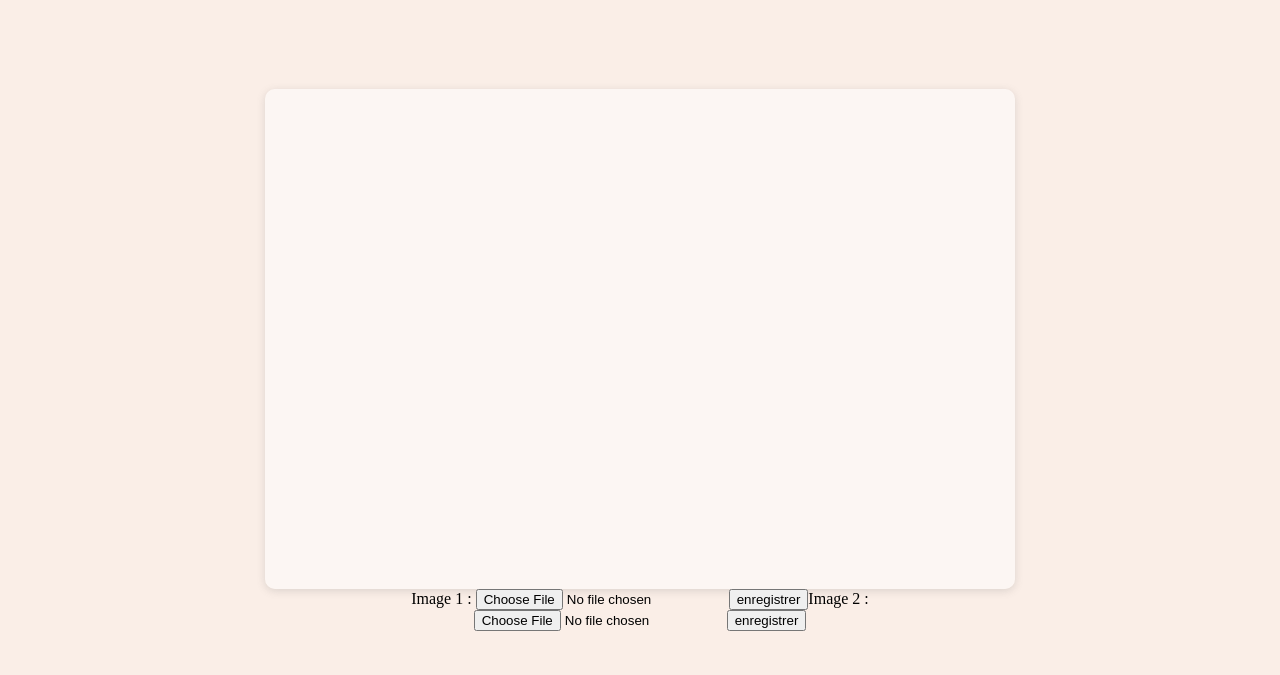
Repository: Lucas-Cassan/img-assembler
Page: / (app in frontend/)
These files come from the project's save history. The page is drawn as it stood at one moment and after the next save; the edit follows.
The browser window is 1280 px wide. The pictures show the whole page.
The project was rebuilt for these pictures with package versions that can differ from the ones it lists, and the page was loaded fresh each time.

Above is the page before, as saved 2022-02-02 15:02:28.

### frontend/src/index.js
import React from "react";
import ReactDOM from "react-dom";
import "./styles/index.scss";
import App from "./App";

ReactDOM.render(
  <React.StrictMode>
    <App />
  </React.StrictMode>,
  document.getElementById("root"),
);

### frontend/src/styles/index.scss
html{
    padding: 0;
    margin: 0;

    body{
        padding: 0;
        margin: 0;
        width: 100vw;
        height: 100vh;
        overflow: hidden;
        background-color: #FAEEE7;

        #root{
            width: 100%;
            height: 100%;
            display: flex;
            justify-content: center;
            align-items: center;
            flex-direction: column;

            #image{
                width: 740Px;
                padding: 5px;
                height: 490px;
                background-color: rgba($color: #FFF, $alpha: .5);
                border-radius: 10px;
                box-shadow: rgba(99, 99, 99, 0.2) 0px 2px 8px 0px;
                overflow: hidden;
            }
            form{

            }
        }

    }
}

### frontend/src/App.js
import React from "react";
import Fusiooooon from "./pages/Fusiooooon";

const App = () => {
  return (
    <>
      <Fusiooooon />
    </>
  );
};

export default App;

### frontend/src/pages/Fusiooooon.js
import React, { useState } from "react";
import axios from "axios";

const Fusiooooon = () => {
  const [file1, setFile1] = useState();
  const [file2, setFile2] = useState();

  const handleSubmit = (e) => {
    e.preventDefault();

    console.log(file1);
    const data = new FormData();
    data.append("file", file1);

    axios({
      method: "post",
      url: `http://localhost:5000/img/merge`,
      data,
    })
      .then((res) => console.log(res))
      .catch((err) => console.log(err));
  };

  const handleSubmit2 = (e) => {
    e.preventDefault();

    console.log(file1);
    const data = new FormData();
    data.append("file", file2);

    axios({
      method: "post",
      url: `http://localhost:5000/img/merge`,
      data,
    })
      .then((res) => console.log(res))
      .catch((err) => console.log(err));
  };

  return (
    <>
      <div id="image"></div>
      <form action="" onSubmit={handleSubmit}>
        <label htmlFor="">Image 1 : </label>
        <input
          type="file"
          name="file"
          id="file"
          accept=".jpg, .jpeg, .png"
          onChange={(e) => setFile1(e.target.files[0])}
        />
        <input type="submit" value="enregistrer" />
        <label htmlFor="">Image 2 : </label>
      </form>
      <form action="" onSubmit={handleSubmit2}>
        <input
          type="file"
          name="file"
          id="file"
          accept=".jpg, .jpeg, .png"
          onChange={(e) => setFile2(e.target.files[0])}
        />
        <input type="submit" value="enregistrer" />
      </form>
    </>
  );
};

export default Fusiooooon;

Loaded but not shown: frontend/public/index.html (common file)

After the next save:
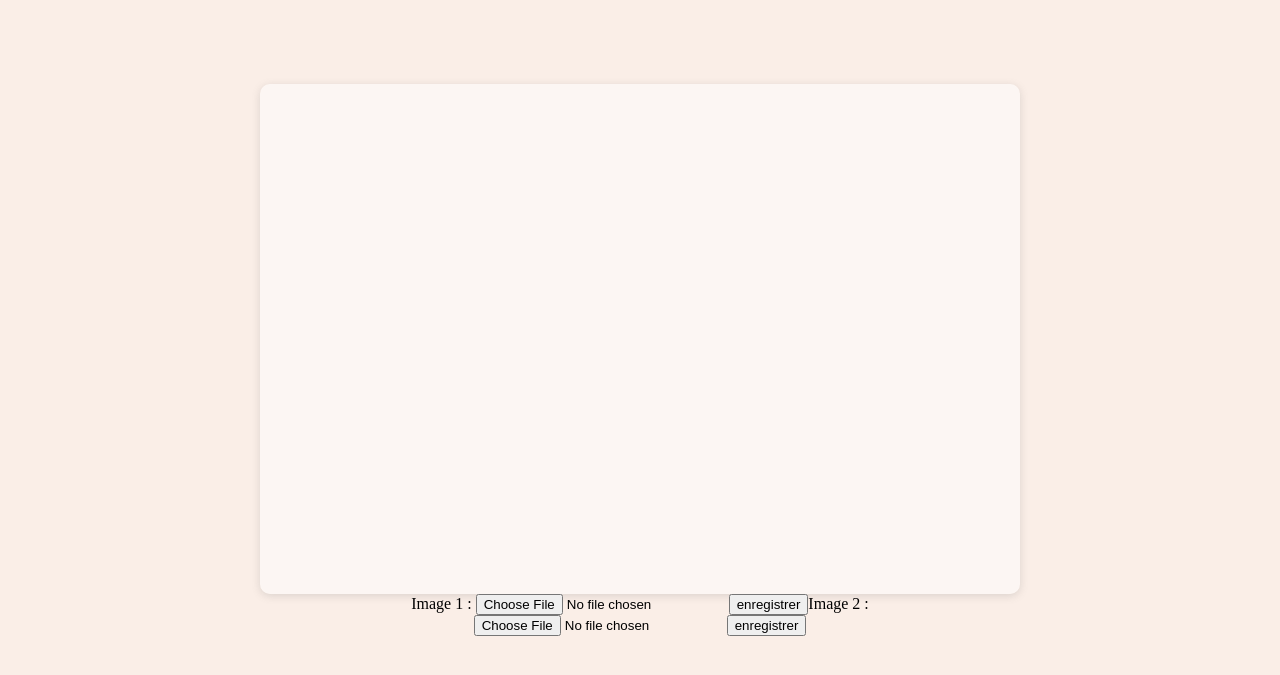
Saved 4 s later.
--- a/frontend/src/styles/index.scss
+++ b/frontend/src/styles/index.scss
@@ -19,9 +19,9 @@ html{
             flex-direction: column;
 
             #image{
-                width: 740Px;
+                width: 750Px;
                 padding: 5px;
-                height: 490px;
+                height: 500px;
                 background-color: rgba($color: #FFF, $alpha: .5);
                 border-radius: 10px;
                 box-shadow: rgba(99, 99, 99, 0.2) 0px 2px 8px 0px;
